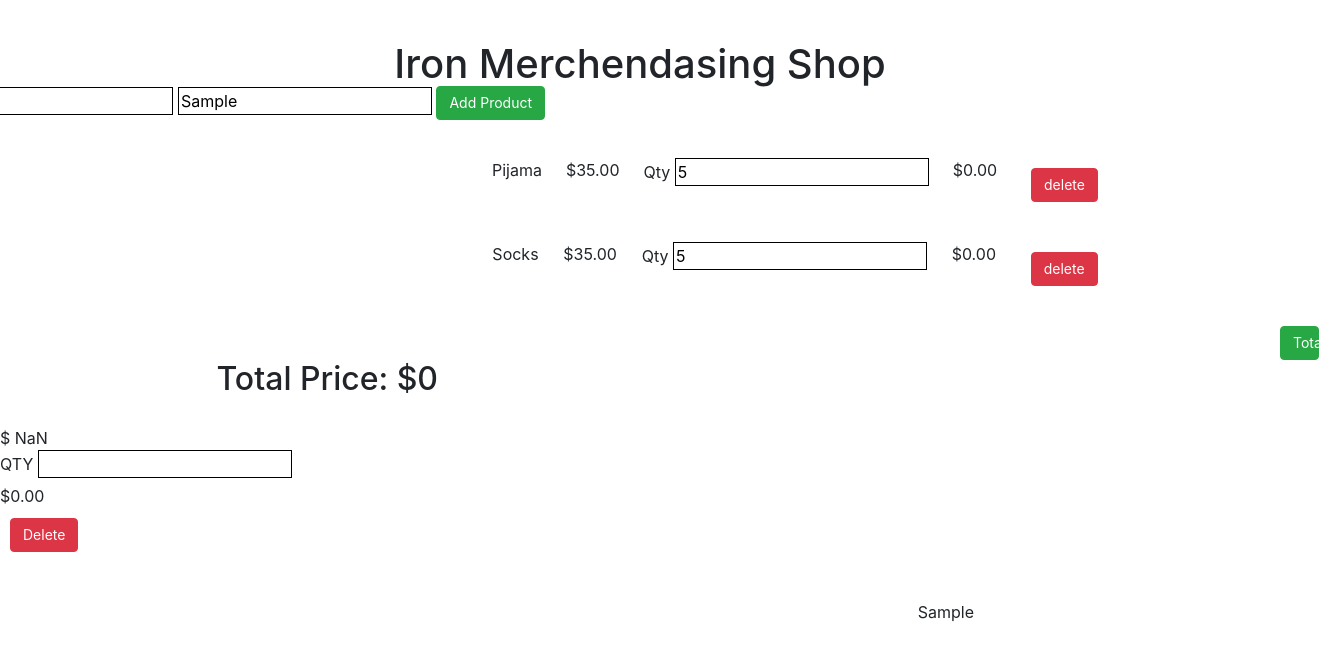
Repository: konstantin0s/lab-cart-DOM
Page: index.html
The author's editor kept a copy of each file at every save. The page is drawn from the files as they stood at one save, then again after the next save.
The browser window is 1280 px wide. The page is 1325 px wide, so the pictures cover 1325 px, including what lies to the right of the window. The pictures show the whole page.
Empty fields were first filled with sample values (such as "Sample", 5 or name@example.com).
After loading, the first visible `#addNewProd` was submitted once.
Some web libraries are served in a nearby version.

Above is the page before, as saved 2019-02-04 10:52:25.
Console error: TypeError: Cannot set properties of null (setting 'onclick')

After the next save:
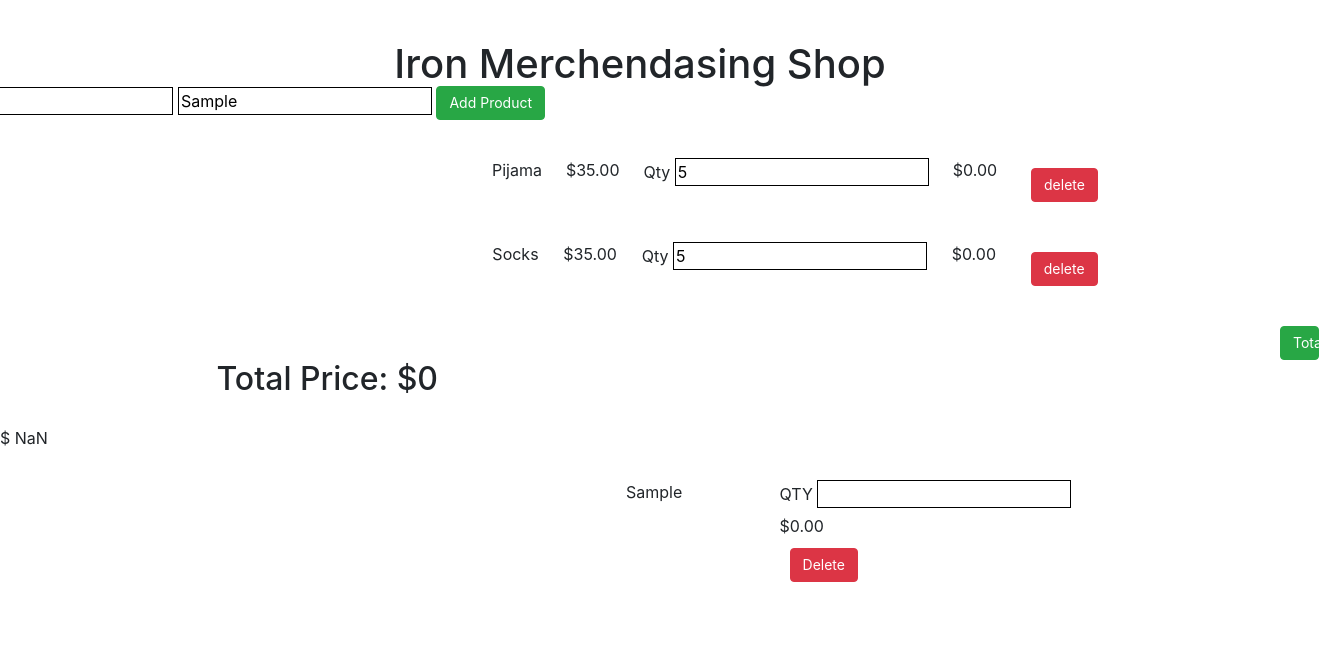
Saved 6 s later.
--- a/js/index.js
+++ b/js/index.js
@@ -150,7 +150,7 @@
       </div>
      `;
       div.appendChild(label);
-     prodList.appendChild(label);
+    //  prodList.appendChild(label);
 
 
   // var divDel = document.createElement("div");

After the save that followed:
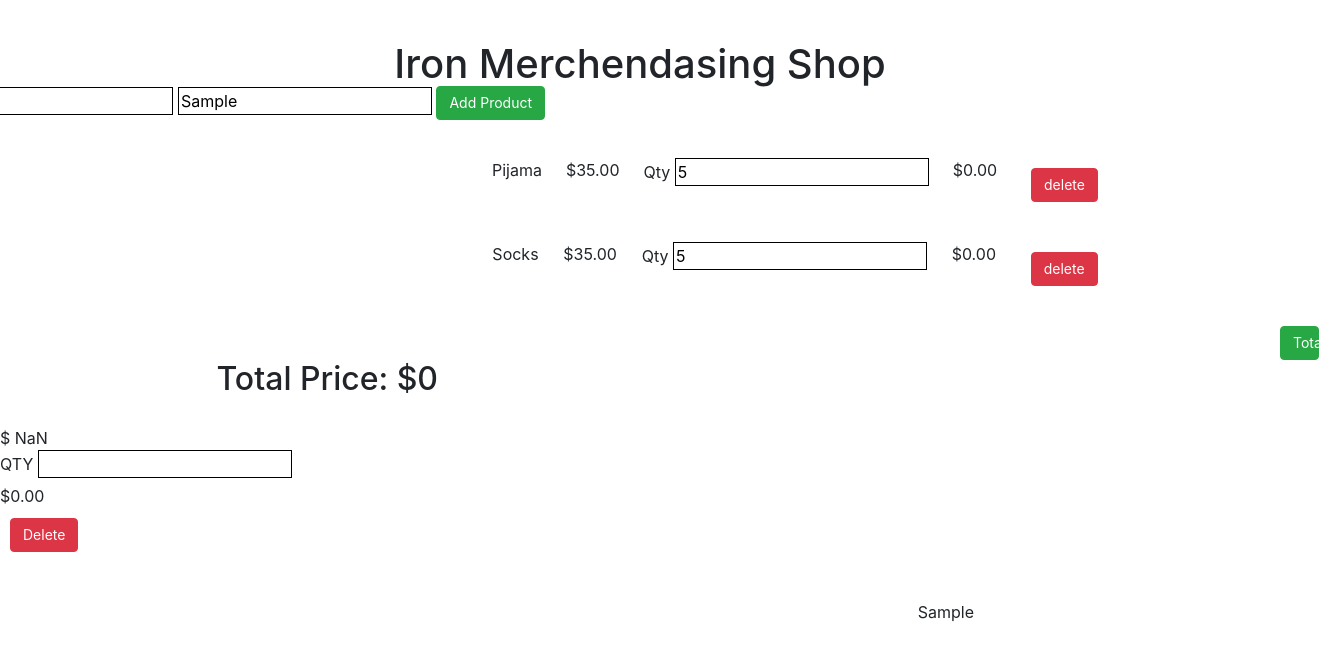
Saved 104 s later.
--- a/js/index.js
+++ b/js/index.js
@@ -150,7 +150,7 @@
       </div>
      `;
       div.appendChild(label);
-    //  prodList.appendChild(label);
+     prodList.appendChild(label);
 
 
   // var divDel = document.createElement("div");
